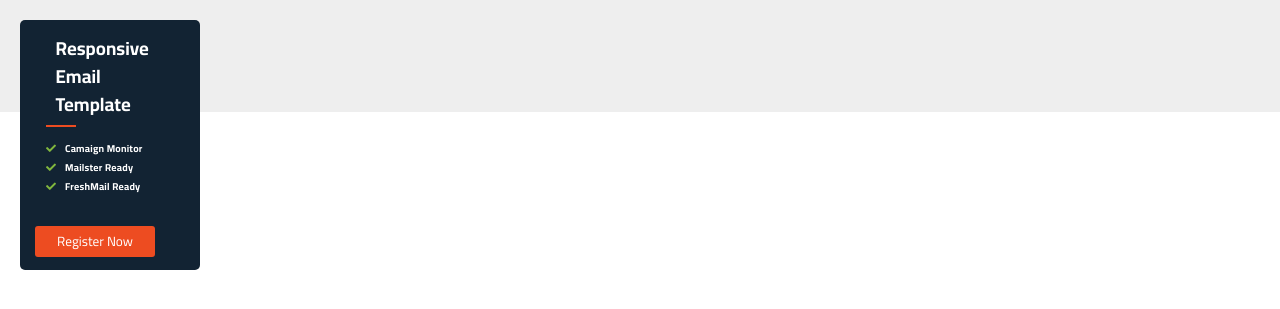
Repository: Z-ayat/Challenges
Page: Challenge 3/index.html
An editor plug-in stored every save of this project. The page is shown before and after the next save, followed by the edit.
The browser window is 1280 px wide. The pictures show the whole page.

Above is the page before, as saved 2021-09-04 00:52:56.

### Challenge 3/index.html
<!DOCTYPE html>
<html lang="en">

<head>
    <meta charset="UTF-8">
    <title>Responsive Mail</title>
    <link rel="stylesheet" href="styling/css/master.css">
    <link rel="stylesheet" href="styling/css/all.min.css">
    <link rel="preconnect" href="https://fonts.googleapis.com">
    <link rel="preconnect" href="https://fonts.gstatic.com" crossorigin>
    <link href="https://fonts.googleapis.com/css2?family=Cairo:wght@400;600;700;900&display=swap" rel="stylesheet">
</head>

<body>
    <div class="layout">
        <div class="header">
            <div class="pop">
                <h3>Responsive Email Template</h3>
                <div class="checked">
                    <p class="green-right">Camaign Monitor</p>
                    <p class="green-right">Mailster Ready</p>
                    <p class="green-right">FreshMail Ready</p>
                </div>
                <button class="reg">Register Now</button>
            </div>
        </div>
        <div class="nthere">
            <div class="bord"></div>
        </div>
        <div class="cards">
            <div class="one"></div>
            <div class="two"></div>
            <div class="three"></div>
        </div>
        <div class="foot"><img src="" alt=""></div>
    </div>
</body>

</html>

### Challenge 3/styling/css/master.css
* {
    padding: 0;
    margin: 0;
    box-sizing: border-box;
}

:root {
    --maincolor: #122333;
    --secondrycolor: #ED4C21;
    --fontcolor: white;
    /* --anothercolor:; */
    --mainfont: 'Cairo', sans-serif;
}

.layout {
    padding: 20px;
    display: grid;
    grid-template-rows: repeat(4, 1fr);
}

div {
    background-color: #eee;
}

h3 {
    width: 124px;
    font-family: var(--mainfont);
    color: var(--fontcolor);
}

.header {
    position: relative;
}

.green-right {
    position: relative;
    margin-left: 30px;
    font-size: 10px;
    font-weight: bold;
    letter-spacing: 0.23px;
    color: var(--fontcolor);
    font-family: var(--mainfont);
}

.checked {
    margin-top: 20px;
    background-color: var(--maincolor);
}

.pop {
    position: absolute;
    padding-top: 5px;
    padding-left: 15px;
    border-radius: 5px;
    width: 180px;
    height: 250px;
    background-color: var(--maincolor);
    -webkit-border-radius: 5px;
    -moz-border-radius: 5px;
    -ms-border-radius: 5px;
    -o-border-radius: 5px;
}

.pop h3 {
    line-height: 1.5;
    position: relative;
    margin: 10px auto;
}

.pop h3::after {
    position: absolute;
    content: "";
    height: 2px;
    width: 30px;
    bottom: -8px;
    left: -10px;
    background-color: var(--secondrycolor);
}

.green-right::before {
    position: absolute;
    top: 4px;
    display: block;
    left: -19px;
    float: left;
    color: #81B73E;
    font-family: "Font Awesome 5 Free";
    font-weight: 900;
    content: "\f00c";
}

.green-right::before {
    display: inline-block;
    font-style: normal;
    font-variant: normal;
    text-rendering: auto;
    -webkit-font-smoothing: antialiased;
}

.reg {
    padding: 3px;
    width: 120px;
    color: var(--fontcolor);
    background-color: var(--secondrycolor);
    outline: none;
    border: none;
    border-radius: 3px;
    margin: 30px 0 20px 0px;
    font-family: var(--mainfont);
    -webkit-border-radius: 3px;
    -moz-border-radius: 3px;
    -ms-border-radius: 3px;
    -o-border-radius: 3px;
}

Loaded but not shown: Challenge 3/styling/css/all.min.css (library)

After the next save:
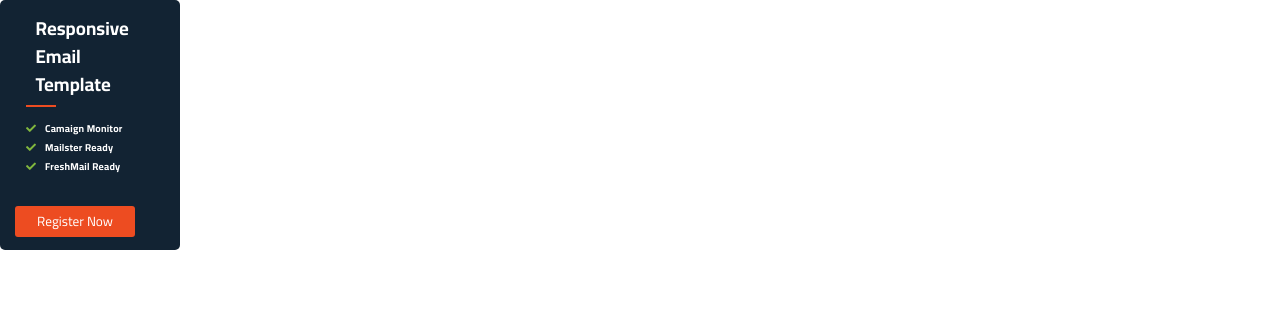
Saved 37 s later.
--- a/Challenge 3/styling/css/master.css
+++ b/Challenge 3/styling/css/master.css
@@ -10,16 +10,6 @@
     --fontcolor: white;
     /* --anothercolor:; */
     --mainfont: 'Cairo', sans-serif;
-}
-
-.layout {
-    padding: 20px;
-    display: grid;
-    grid-template-rows: repeat(4, 1fr);
-}
-
-div {
-    background-color: #eee;
 }
 
 h3 {

After the save that followed:
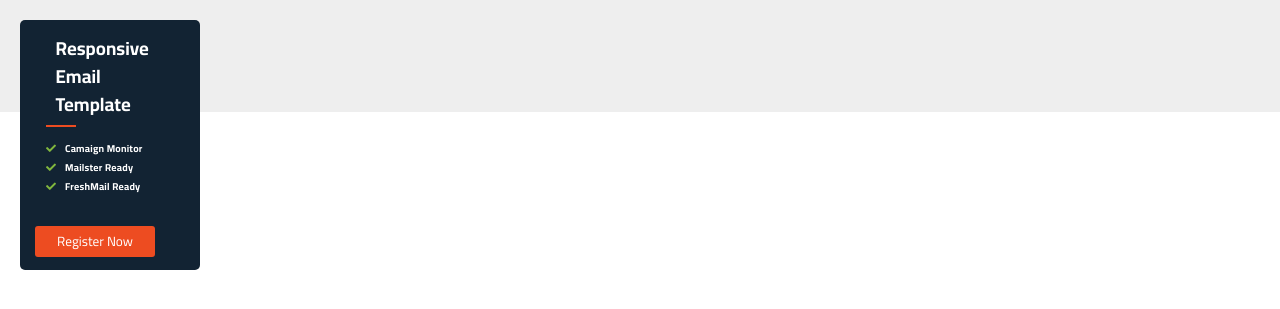
Saved 51 s later.
--- a/Challenge 3/styling/css/master.css
+++ b/Challenge 3/styling/css/master.css
@@ -16,6 +16,16 @@
     width: 124px;
     font-family: var(--mainfont);
     color: var(--fontcolor);
+}
+
+.layout {
+    padding: 20px;
+    display: grid;
+    grid-template-rows: repeat(4, 1fr);
+}
+
+div {
+    background-color: #eee;
 }
 
 .header {
